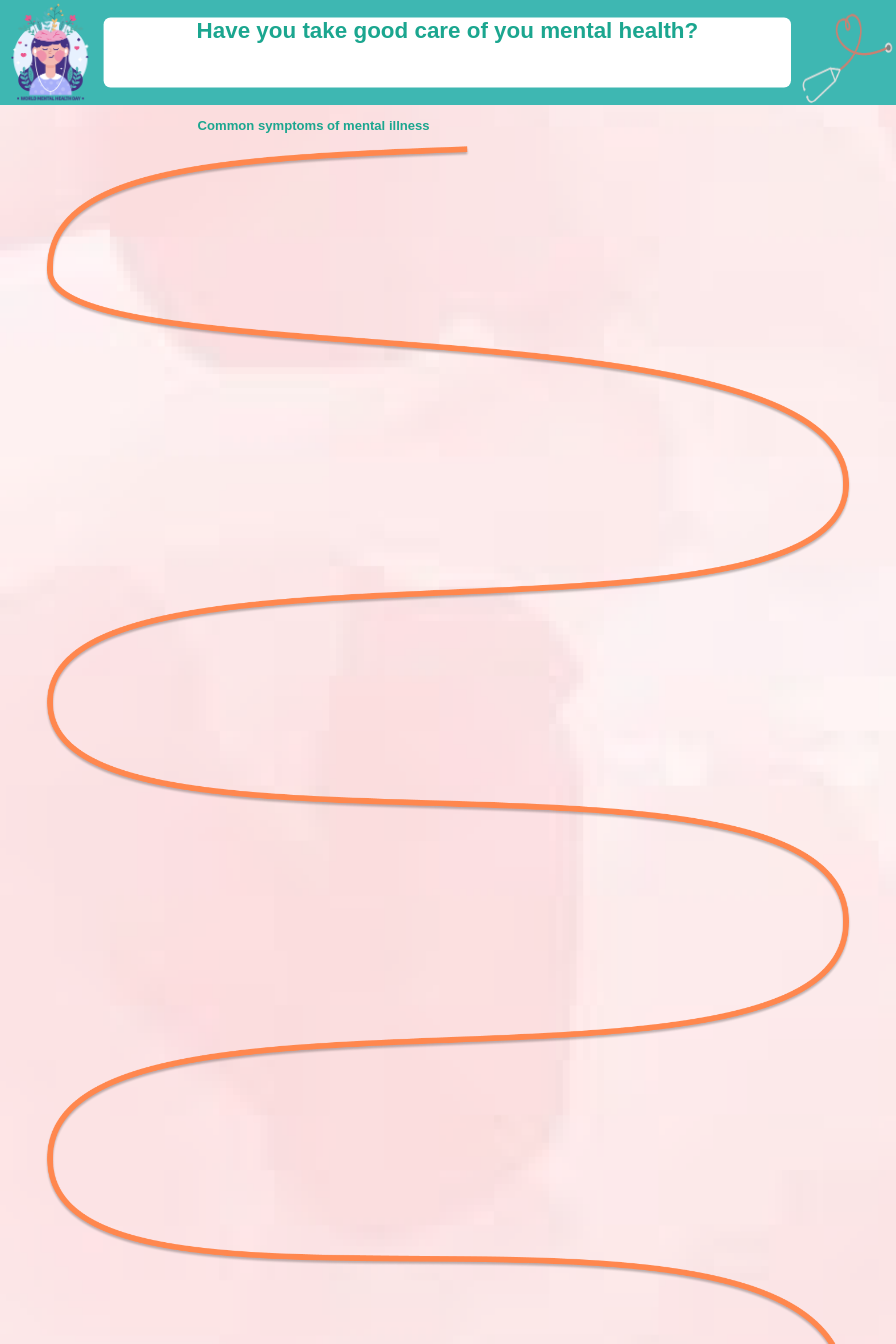
Repository: zzs1/2109-Dynamic-Content-Project
Page: Shin_code/index.html
The author's editor kept a copy of each file at every save. The page is drawn from the files as they stood at one save, then again after the next save.
The browser window is 1280 px wide. The pictures show the part of the page from y = 0 to 1920 px (the page is 2780 px tall before and 2769 px after), at 70% of full size.
Some web fonts or font styles are not loaded; a fallback is used.

Above is the page before, as saved 2021-03-09 00:18:53.

### Shin_code/index.html
<html lang="en">
<head>
  <meta charset="UTF-8">
  <meta name="viewport" content="width=device-width, initial-scale=1.0">
  <link href="index.css" rel="stylesheet" type="text/css" >
  <link rel="preconnect" href="https://fonts.gstatic.com">
  <link href="https://fonts.googleapis.com/css2?family=Saira+Semi+Condensed:wght@500&display=swap" rel="stylesheet">
  <link href="https://fonts.googleapis.com/css2?family=Solway:wght@700&display=swap" rel="stylesheet">
  <link href="https://fonts.googleapis.com/css2?family=Sniglet&display=swap" rel="stylesheet">
  <title>Midterm group project for MDIA 2109</title>
</head>
<body>
  <!--please place your code in #main -->
  <div id="main">
    <!--Shin Part: Brain-->
    <div class="header image">
      <div class="headerpic"></div>
    </div>

    <!--Shin Part: Header: Have you take good care of you mental health? -->
    <div class="header caption">
      <img class="headimg" src="comps/caption/headimage.png" alt="firstimg">
      <div class="header_back">
        <h1 class="headertitle">Have you take good care of
          you mental health?
        </h1>
      </div>
        <img class="sideimg" src="comps/caption/sideimage.png" alt="secondimg">
    </div>

    <!--Shin Part: content1: Common symptoms of mental illness -->
   <div class="content center">
     <div class="sub1_back">
     <h3 class="content sub1">Common symptoms of mental illness</h3>
    </div>
     <img class="arrow" src="comps/content/Group 13.png" alt="arrowkey" width="90%">
     <div class="content form"></div>
   </div>

    <!--Shin: Dont be afraid part-->
    <div class="foot cap">
      <div class="footline">Don't be afraid!</div>
      <div class="footpara">
        THE ABOVE SITUATION ARE THE SIGNS OF
        HAVING MENTAL HEALTH ISSUE AND IT IS <span style="color: yellow;">NORMAL</span> TO HAVE MENTAL DISORDER
      </div>
    </div>


  </div>

  <!--Shin scripts start from here-->
  <script src="comps/caption/index.js"></script>
   <script src="comps/headerpic/index.js"></script>
</body>
</html>

### Shin_code/index.css
html,body {
  margin:0;
}

#main {
  width:100vw;
  height:100vh;
  display:flex;
  flex-direction: column;
}
/* Shin */
.header {
  display: flex;
  width: 100%;
  align-items: center;
  justify-content: center;
}

.image {
  background-image: url("comps/headerpic/headerbackground.png");

}
.caption {
  background-color: #3EB7B2;
  width:100%;
  height: 740px;
  left: -1px;
  top: 0px;

}

.sub1 {
  text-align: center;
  color: #1BA68F;
  font-family:'Saira Semi Condensed', sans-serif;
}
.sub1_back{
width:70%;
height:
}
.sub2 {
  text-align: center;
  color: yellow;
}

.headertitle{
  font-family:'Saira Semi Condensed', sans-serif;
  color: #1BA68F;
  text-align: center;
}
.cap{
  background-color: #6ED1BF;
  text-align: center;
}
.footline{
  text-align: center;
  font-family: 'Solway', serif;
  color: yellow;
  font-size: 120px;
  line-height: 144px;
  text-shadow: 0px 4px 4px rgba(0, 0, 0, 0.25);
  transform: matrix(1, 0, 0, 1, 0, 0);
}
.footpara{
font-family:'Saira Semi Condensed', sans-serif;
font-style: normal;
font-weight: 400;
font-size: 60px;
line-height: 94px;
color: #FFFFFF;
}
.center{
  background-image: url("comps/content/background.png");
  display: inline;

}
.header_back{

  width:80%;
  height:100px;
  background-color: #FFFFFF;
  border-radius: 10px;
}
.header_back > h1 {
  margin:0;
}
.headertitle{

}
.headimg{
width: 150px;
height: 150px;
left: -11px;
top: 400px;
}
.sideimg{
right: -11px;
top: 400px;
width: 150px;
height: 150px;
}
.arrow{
  z-index: -1;
  display: block;
  margin-left: auto;
  margin-right: auto;

}

/* DONT TOUCH !! Chisaki Part Start from here */
.container {
 min-width:100%;
}
.cardquestions{
  background-color:#1BA68F;
}
.card {
  display:flex;
  flex-direction:row;
  flex-wrap: wrap;
  justify-content:center;
  align-items: center;
  margin:30px;
  font-family: 'Saira Semi Condensed', sans-serif;
}
.mid{
  background-color:#FFFFFF;
  text-align: center;
}
.midtitle {
 color:#1BA68F;
 font-family: 'Saira Semi Condensed', sans-serif;

}

.iconsection {
  background-color:#FFAA81;

}
.title,.title2{
  display: flex;
  justify-content:center;
  align-items: center;
  margin:30px;
  font-family: 'Saira Semi Condensed', sans-serif;
}

.icon {
  display: flex;
  flex-wrap: wrap;
  justify-content:center;
  align-items: center;
  margin:10px;
  font-family: 'Saira Semi Condensed', sans-serif;

}
.subtitle {
  color:#FFEBE4;
  text-align: center;
  font-family: 'Saira Semi Condensed', sans-serif;
}
.hidden{
  display:none;
}
.info {
justify-content: center;
align-items: center;
font-family: 'Saira Semi Condensed', sans-serif;
}

### Shin_code/comps/caption/index.js
function captionUI(text="filler"){
return`<div style='position: absolute;
width: 150px;
height: 300px;
left: calc(50% - 1345px/2 + 16px);
top: 169px;
background-color: #FFFFFF;
border-radius: 30px;'><p style='font-family: Sniglet;
font-style: normal;
font-weight: normal;
font-size: 80px;
line-height: 100px;
text-align: center;'>${text}</p></div>

`
}

Loaded but not shown: Shin_code/comps/headerpic/index.js (no copy from this time; the picture is the same without it)

After the next save:
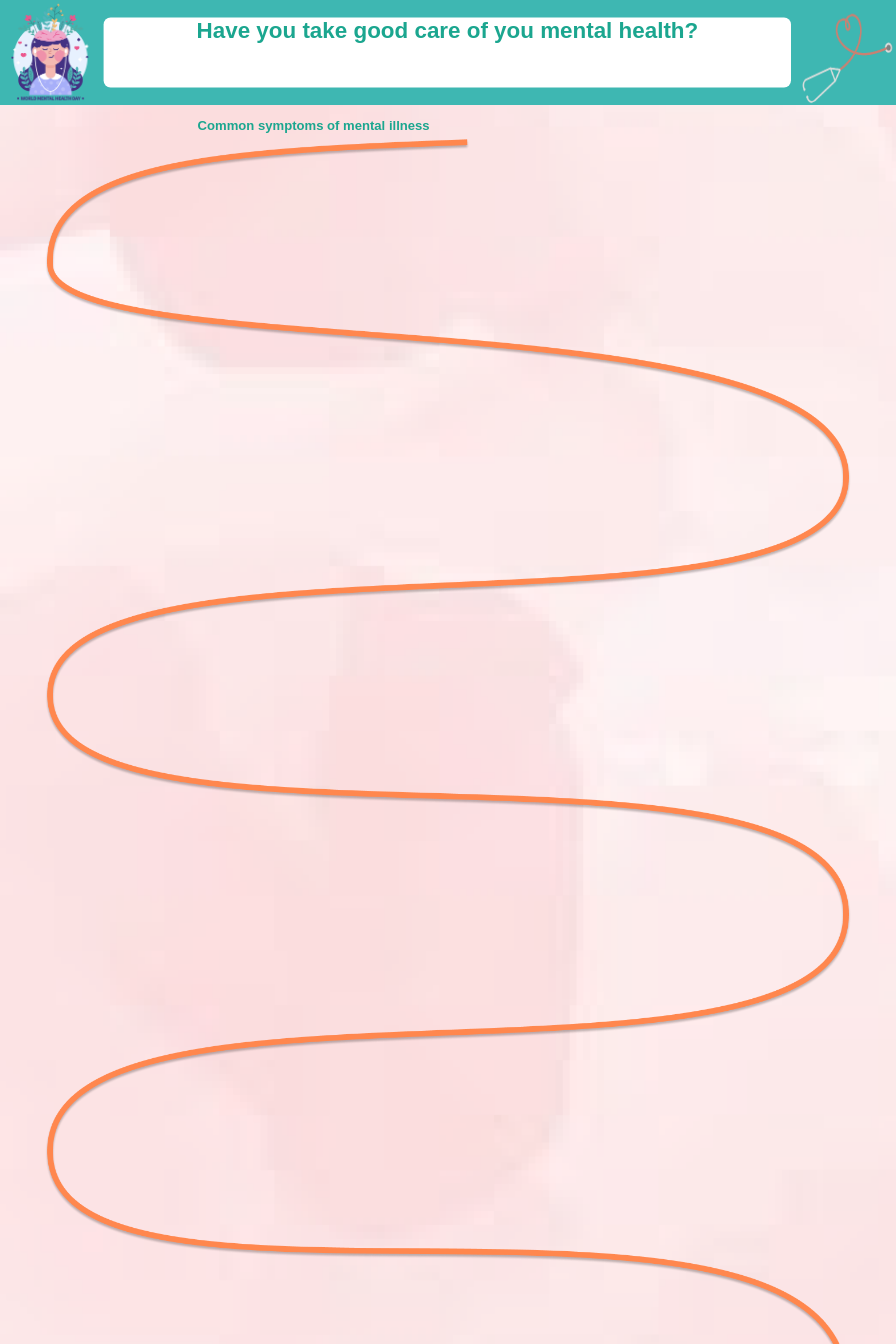
Saved 5 s later.
--- a/Shin_code/index.css
+++ b/Shin_code/index.css
@@ -36,7 +36,7 @@ html,body {
 }
 .sub1_back{
 width:70%;
-height:
+height:30px;
 }
 .sub2 {
   text-align: center;
